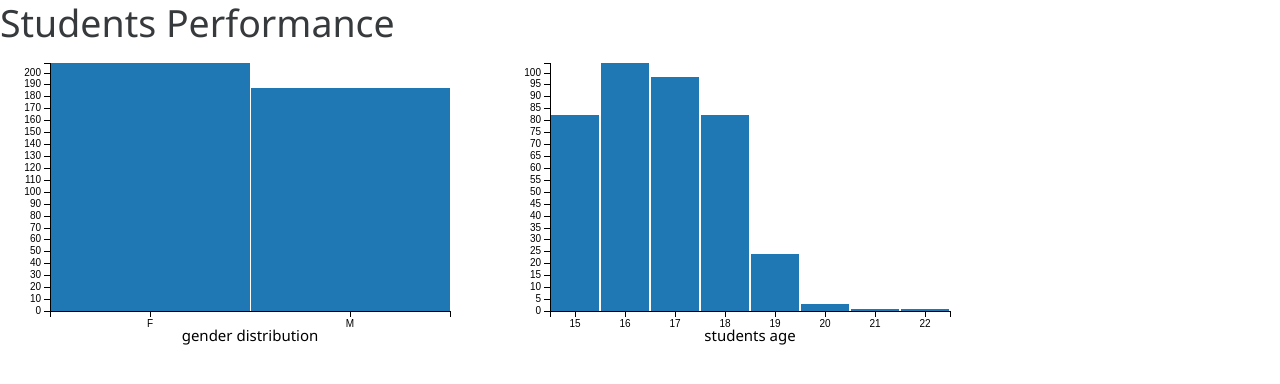
Repository: Baal89/second-milestone-project
Page: index.html
The author's editor kept a record of every edit. The page is drawn from the files as they stood at one moment, then again after the next edit.
The browser window is 1280 px wide. The pictures show the whole page.

Above is the page before.

After the next edit:
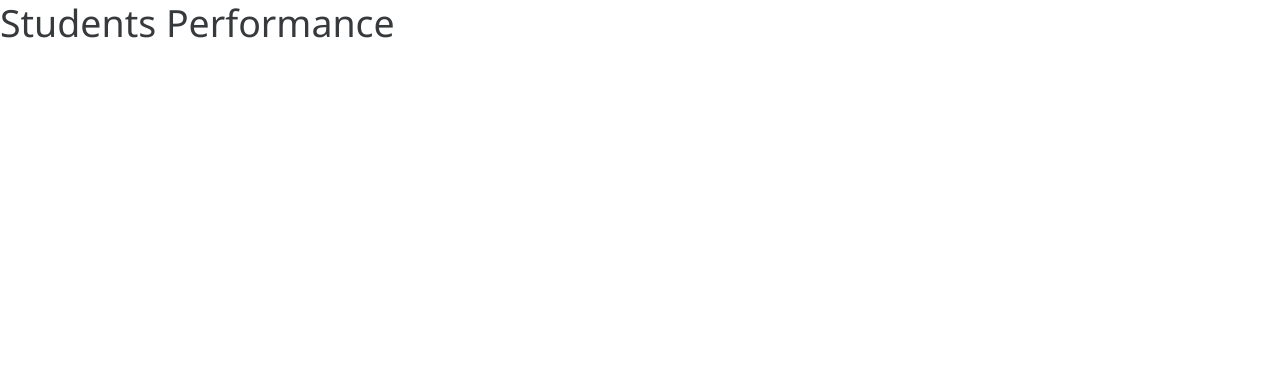
Console error: ReferenceError: show_family_size is not defined
The edit:
--- a/static/js/graph.js
+++ b/static/js/graph.js
@@ -7,6 +7,7 @@
 
     show_gender_balance(ndx);
     show_age_balance(ndx);
+    show_family_size(ndx);
 
     dc.renderAll();
 }

After the edit that followed:
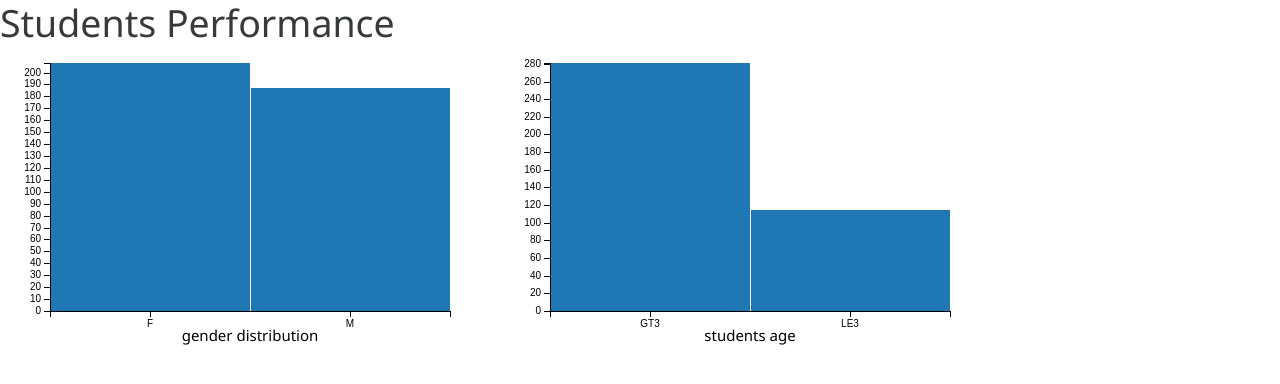
The error is gone.
The edit:
--- a/static/js/graph.js
+++ b/static/js/graph.js
@@ -31,7 +31,7 @@
 }
 
 function show_age_balance(ndx) {
-     var dim = ndx.dimension(dc.pluck("age"));
+    var dim = ndx.dimension(dc.pluck("age"));
     var group = dim.group();
 
     dc.barChart("#age-balance")
@@ -47,3 +47,21 @@
         .xAxisLabel("students age")
         .yAxis().ticks(20);
 }
+
+function show_family_size(ndx) {
+    var dim = ndx.dimension(dc.pluck("famsize"));
+    var group = dim.group();
+
+    dc.barChart("#age-balance")
+        .width(500)
+        .height(300)
+        .margins({ top: 10, right: 50, bottom: 30, left: 50 })
+        .dimension(dim)
+        .group(group)
+        .transitionDuration(500)
+        .x(d3.scale.ordinal())
+        .xUnits(dc.units.ordinal)
+        .elasticY(true)
+        .xAxisLabel("students age")
+        .yAxis().ticks(20);
+}
